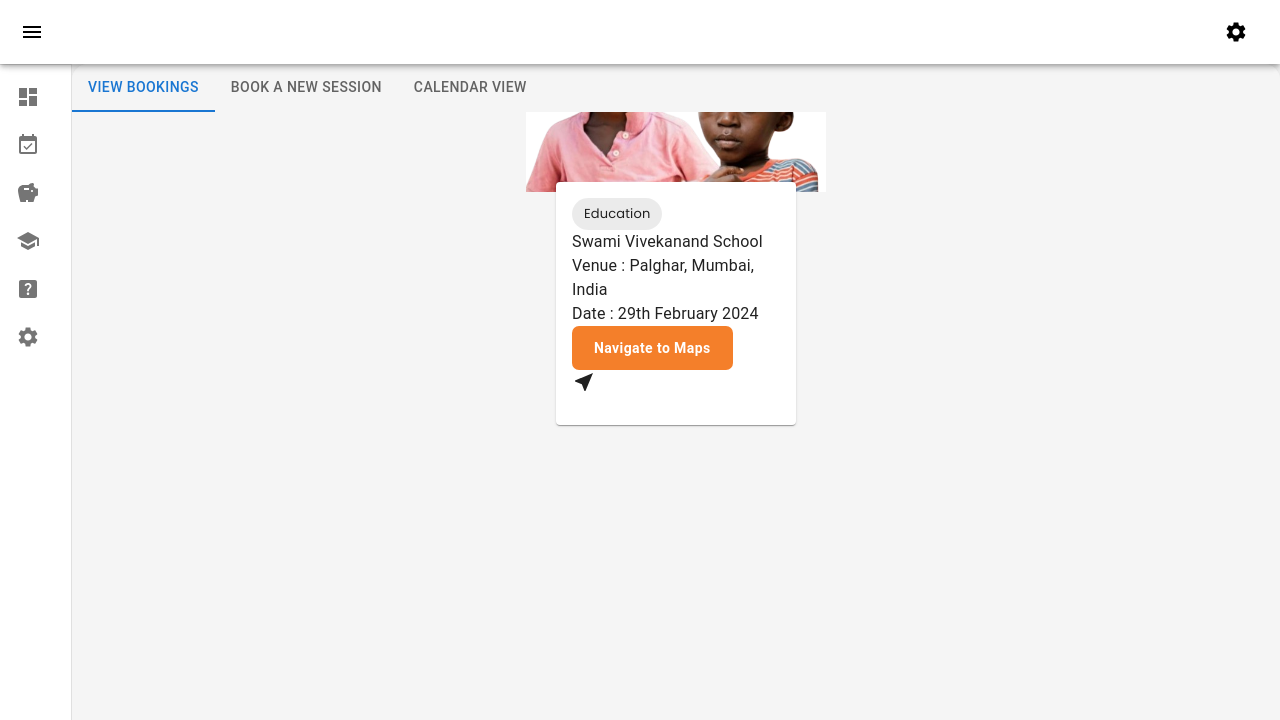
Repository: shubhampirate/Google_Solutions_Edural
Page: /bookings
These files come from the project's save history. The page is drawn as it stood at one moment and after the next save; the edit follows.
The browser window is 1280 px wide. The pictures show the whole page.
An inner scrolling area shows only its first screen. The project was rebuilt for these pictures with package versions that can differ from the ones it lists, and the page was loaded fresh each time. Some packages were replaced by stand-ins written for this rebuild. Also part of the build but not shown: src/Components/Navbar.jsx, src/Components/Footer.jsx, src/Components/CongratsCard.jsx, src/pages/Hero/Hero.jsx, src/pages/Dashboard/Dashboard.jsx, src/pages/Sign_in.jsx, src/pages/Bookings/LicenseCard.jsx.

Above is the page before, as saved 2024-02-04 18:05:25.

### src/index.js
import React from "react";
import ReactDOM from "react-dom/client";
import "./index.css";
import { GoogleOAuthProvider } from '@react-oauth/google';
import App from "./App";
import { BrowserRouter } from "react-router-dom";
const root = ReactDOM.createRoot(
    document.getElementById("root"));
root.render(
    <BrowserRouter>
<GoogleOAuthProvider clientId="730379698185-cv7a59sok9sod43v04ee6g6pt4gtaea2.apps.googleusercontent.com">
        {/* <React.StrictMode> */}
            <App />
        {/* </React.StrictMode> */}
    </GoogleOAuthProvider>
    </BrowserRouter>

);

### src/App.jsx
import Hero from "./pages/Hero/Hero";
import Dashboard from "./pages/Dashboard/Dashboard";
import Layout from "./Components/layout";
import SignIn from "./pages/Sign_in";
import Booking from "./pages/Bookings/bookings"
import {useState} from "react";
import { Route, Routes } from "react-router-dom";
function App() {
  return (
    <>
      {/* <Hero />   */}
      {/* <SignIn /> */}
      <Routes>
        <Route path="/signin" element={<><SignIn /></>} />
        <Route path="/dashboard" element={<Layout><Dashboard /></Layout>} />
        {/* <Route path="/education" element={<><Education /></>} /> */}
        <Route path="/bookings" element={<Layout><Booking /></Layout>} />
        {/* <Route path="/profile" element={<><Profile /></>} /> */}
        {/* <Route path="/finance" element={<><Finance /></>} /> */}
        {/* <Route path="/questions" element={<><Questions /></>} /> */}
        {/* <Route path="/retireaibot" element={<><Bot /></>} /> */}
        <Route path="/" element={<><Hero /></>} />
      </Routes>
         </>
  );
}

export default App;

### src/Components/layout.jsx
import React from 'react';
import { styled, createTheme, ThemeProvider } from '@mui/material/styles';
import CssBaseline from '@mui/material/CssBaseline';
import MuiDrawer from '@mui/material/Drawer';
import Box from '@mui/material/Box';
import MuiAppBar from '@mui/material/AppBar';
import Toolbar from '@mui/material/Toolbar';
import IconButton from '@mui/material/IconButton';
import MenuIcon from '@mui/icons-material/Menu';
import ChevronLeftIcon from '@mui/icons-material/ChevronLeft';
import { mainListItems } from './listItems';
import { List } from '@mui/material';
import Divider from '@mui/material/Divider';
import Badge from '@mui/material/Badge';
// import NotificationsIcon from '@mui/icons-material/Notifications';
import Typography from '@mui/material/Typography';
import SettingsIcon from '@mui/icons-material/Settings';
const drawerWidth = 240;

const AppBar = styled(MuiAppBar, {
  shouldForwardProp: (prop) => prop !== 'open',
})(({ theme, open }) => ({
  zIndex: theme.zIndex.drawer + 1,
  transition: theme.transitions.create(['width', 'margin'], {
    easing: theme.transitions.easing.sharp,
    duration: theme.transitions.duration.leavingScreen,
  }),
  ...(open && {
    marginLeft: drawerWidth,
    width: `calc(100% - ${drawerWidth}px)`,
    transition: theme.transitions.create(['width', 'margin'], {
      easing: theme.transitions.easing.sharp,
      duration: theme.transitions.duration.enteringScreen,
    }),
  }),
  backgroundColor: 'white', // Set background color to white
  color: 'black',
}));

const Drawer = styled(MuiDrawer, { shouldForwardProp: (prop) => prop !== 'open' })(
  ({ theme, open }) => ({
    '& .MuiDrawer-paper': {
      position: 'relative',
      whiteSpace: 'nowrap',
      width: drawerWidth,
      transition: theme.transitions.create('width', {
        easing: theme.transitions.easing.sharp,
        duration: theme.transitions.duration.enteringScreen,
      }),
      boxSizing: 'border-box',
      ...(!open && {
        overflowX: 'hidden',
        transition: theme.transitions.create('width', {
          easing: theme.transitions.easing.sharp,
          duration: theme.transitions.duration.leavingScreen,
        }),
        width: theme.spacing(7),
        [theme.breakpoints.up('sm')]: {
          width: theme.spacing(9),
        },
      }),
    },
  }),
);

const defaultTheme = createTheme();

const Layout = ({ children }) => {
  const [open, setOpen] = React.useState(false);

  const toggleDrawer = () => {
    setOpen(!open);
  };

  return (
    <ThemeProvider theme={defaultTheme}>
      <Box sx={{ display: 'flex' }}>
        <CssBaseline />
        <AppBar position="absolute" open={open}
        //  sx={{
        //         backgroundColor:
        //         // "rgba(244, 127, 42, 0.04)",
        //         (theme) =>
        //         theme.palette.mode === 'light'
        //             ? theme.palette.grey[100]
        //             : theme.palette.grey[900]}}
                    >
          <Toolbar
            sx={{
              pr: '24px', // keep right padding when drawer closed
            }}
          >
            <IconButton
              edge="start"
              color="inherit"
              aria-label="open drawer"
              onClick={toggleDrawer}
              sx={{
                marginRight: '36px',
                ...(open && { display: 'none' }),
              }}
            >
              <MenuIcon />
            </IconButton>
            <Typography
              component="h1"
              variant="h6"
              color="inherit"
              noWrap
              sx={{ flexGrow: 1 }}
            >
              {/* Dashboard */}
            </Typography>
            <IconButton color="inherit">
              {/* <Badge badgeContent={4} color="secondary"> */}
                <SettingsIcon />
              {/* </Badge> */}
            </IconButton>

          </Toolbar>
        </AppBar>
        <Drawer variant="permanent" open={open}>
          <Toolbar
            sx={{
              display: 'flex',
              alignItems: 'center',
              justifyContent: 'flex-end',
              px: [1],
            }}
          >
            <IconButton onClick={toggleDrawer}>
              <ChevronLeftIcon />
            </IconButton>
          </Toolbar>
          <Divider />
            <List component="nav">
                {mainListItems}
            </List>
        </Drawer>
        <Box
          component="main"
          sx={{
            backgroundColor: (theme) =>
              theme.palette.mode === 'light'
                ? theme.palette.grey[100]
                : theme.palette.grey[900],
            flexGrow: 1,
            height: '100vh',
            overflow: 'auto',
          }}
        >
          <Toolbar />
          {/* Content of individual pages */}
          {children}
        </Box>
      </Box>
    </ThemeProvider>
  );
};

export default Layout;

### src/pages/Bookings/bookings.jsx
import React, { useState, useEffect } from 'react';
import { styled, createTheme, ThemeProvider } from '@mui/material/styles';
import CssBaseline from '@mui/material/CssBaseline';
import Box from '@mui/material/Box';
import Tabs from '@mui/material/Tabs';
import Tab from '@mui/material/Tab';
import Card from '@mui/material/Card';
import CardContent from '@mui/material/CardContent';
import Typography from '@mui/material/Typography';
import GoogleMapReact from 'google-map-react'; // Install with npm/yarn
import FullCalendar from '@fullcalendar/react'; // Install with npm/yarn
import dayGridPlugin from '@fullcalendar/daygrid'; // Install with npm/yarn
import LicenseCard from './LicenseCard';
import { CardActions, Button } from '@mui/material';
import Chip from '@mui/material/Chip';
import CustomButton from '../../Components/CustomButton';
import heroImg from "../../media/img_main_page.png";
import NorthEastIcon from '@mui/icons-material/NorthEast';
import NearMeIcon from '@mui/icons-material/NearMe';
const defaultTheme = createTheme();

// Placeholder data for bookings and calendar events
const bookingsData = [
  { id: 1, title: 'Booking 1', date: '2024-02-10' },
  { id: 2, title: 'Booking 2', date: '2024-02-15' },
  // Add more booking data as needed
];
const ImageOverlayCard = ({ imgSrc, category, title, venue, date, buttonText }) => {
  return (
    <Box sx={{ position: 'relative', textAlign: 'center' }}>
      <img
        src={imgSrc}
        alt="heroImg"
        style={{ maxWidth: '10rem', maxHeight: '10rem', borderRadius: '50%' }}
      />
      <Card
        variant="solid"
        color="primary"
        sx={{
          boxShadow: 'lg',
          width: 400,
          position: 'absolute',
          top: '50%',
          left: '50%',
          transform: 'translate(-50%, -50%)',
          backgroundColor: (theme) => theme.palette.primary.main,
          opacity: 0.8,
        }}
      >
        <Box sx={{ display: 'flex', gap: 1 }}>
          <Chip size="sm" variant="soft" label={category} />
        </Box>
        <CardContent>
          <Typography level="title-lg">{title}</Typography>
          <Typography level="body-md">Venue: {venue}</Typography>
          <Typography level="body-md">Date: {date}</Typography>
        </CardContent>
        <CardActions>
          <CustomButton backgroundColor="#F47F2A" color="#fff" buttonText={buttonText} heroBtn={true} />
        </CardActions>
      </Card>
    </Box>
  );
};
const calendarEvents = [
  { id: 1, title: 'Event 1', start: '2024-02-10', end: '2024-02-12' },
  { id: 2, title: 'Event 2', start: '2024-02-15', end: '2024-02-18' },
  // Add more calendar event data as needed
];

const AnyReactComponent = ({ text }) => <div>{text}</div>;

export default function Booking() {
  const [tabValue, setTabValue] = useState(0);

  const handleChangeTab = (event, newValue) => {
    setTabValue(newValue);
  };

  return (
    <ThemeProvider theme={defaultTheme}>
      <Box sx={{ display: 'flex', borderRadius: '16px', overflow: 'hidden', boxShadow: '0px 0px 10px rgba(0, 0, 0, 0.1)' }}>
        <CssBaseline />
        <Box
          component="main"
          sx={{
            backgroundColor: (theme) =>
              theme.palette.mode === 'light'
                ? theme.palette.grey[100]
                : theme.palette.grey[900],
            flexGrow: 1,
            height: '100vh',
            overflow: 'hidden',
          }}
        >
          <Tabs value={tabValue} onChange={handleChangeTab}>
            <Tab label="View Bookings" />
            <Tab label="Book a New Session" />
            <Tab label="Calendar View" />
          </Tabs>

          {tabValue === 0 && (
             <Box position="relative" maxWidth="300px" margin="auto" marginBottom="2rem">
             <img
               src={heroImg}
               alt="card-background"
               style={{
                 width: '300px',
                 height: '5rem',
                 objectFit: 'cover',
               }}
             />
             <Card
               sx={{
                 position: 'absolute',
                 top: '80%', // Start from around 20% from the top
                 left: '10%', // Adjust as needed
                 right: '10%', // Adjust as needed
                 backgroundColor: (theme) => theme.palette.background.paper,
                 opacity: 1,

                //  minHeight:  , // Adjust as needed
                 overflow: 'auto',
               }}
             >
               <CardContent>
               <Chip size="sm" variant="soft" label="Education" />

           <Typography level="title-lg"> Swami Vivekanand School </Typography>
        <Typography level="body-md">
         Venue : Palghar, Mumbai, India
        </Typography>
        <Typography level="body-md">
         Date : 29th February 2024
        </Typography>
        <CustomButton
              backgroundColor="#F47F2A"
              color="#fff"
              buttonText="Navigate to Maps"
              heroBtn={true}
            />
            <NearMeIcon/>
               </CardContent>

             </Card>
           </Box>
    //    <Box position="relative" maxWidth="300px" margin="auto" marginBottom="2rem">
    //    <img
    //      src={heroImg}
    //      alt="card-background"
    //      style={{
    //        width: '100%',
    //        height: 'auto',
    //        borderRadius: '16px',
    //        objectFit: 'cover',
    //      }}
    //    />
    //    <Card
    //      sx={{
    //        position: 'absolute',
    //        bottom: '-20%', // Adjust as needed (negative value starts from above the image)
    //        left: '10%', // Adjust as needed
    //        right: '10%', // Adjust as needed
    //        backgroundColor: (theme) => theme.palette.background.paper,
    //        opacity: 1,
    //        borderRadius: '16px',
    //      }}
    //    >
    //      <CardContent>
    //      <Chip size="sm" variant="soft" label="Education" />

    //        <Typography level="title-lg"> Swami Vivekanand School </Typography>
    //     <Typography level="body-md">
    //      Venue : Palghar, Mumbai, India
    //     </Typography>
    //     <Typography level="body-md">
    //      Date : 29th February 2024
    //     </Typography>
    //        {/* <Chip label="hello" size="small" sx={{ marginTop: '8px' }} /> */}
    //      </CardContent>
    //    </Card>
    //  </Box>
//             <Box>
//               <div className="">
//               <Box sx={{ flex: "0.75" }}>
//             <img
//               src={heroImg}
//               alt="heroImg"
//               style={{ maxWidth: "10rem", maxHeight: "10rem"}}

//             />

//               <Card
//       variant="solid"
//       color="primary"

//       sx={{
//         boxShadow: 'lg',
//             width: 400,
//             overflow: 'auto',
//             resize: 'horizontal',
//             marginLeft: '2rem',
//             marginTop: '2rem',
//             position: 'absolute',
//             top: '25%', // Adjust as needed
//           left: '10%', // Adjust as needed
//             // backgroundColor: (theme) => theme.palette.primary.main,
//             opacity: 1, // Adjust the opacity as needed


//       }}
//     >
//       <Box sx={{ display: 'flex', gap: 1 }}>
//         <Chip size="sm" variant="soft" label="Education" />

//         {/* <Chip size="sm" variant="soft" label="Chip Filled" /> */}

//       </Box>
//       <div>
//           <Typography fontSize="sm" textColor="text.tertiary">
// {/*
//           </Typography> */}
//         </Typography>
//       </div>
//       <CardContent>
        // <Typography level="title-lg"> Swami Vivekanand School </Typography>
        // <Typography level="body-md">
        //  Venue : Palghar, Mumbai, India
        // </Typography>
        // <Typography level="body-md">
        //  Date : 29th February 2024
        // </Typography>
//       </CardContent>
//       <CardActions>
      // <CustomButton
      //         backgroundColor="#F47F2A"
      //         color="#fff"
      //         buttonText="Navigate to Maps"
      //         heroBtn={true}
      //       />
//         {/* <Button variant="solid">Purchase Now</Button> */}
//       </CardActions>
//     </Card>
//     </Box>
//     </div>

//             </Box>
          )}

          {tabValue === 1 && (
            <Box>
              {/* Book a New Session Content */}
              {/* Use Google Maps component to search for schools */}
              <GoogleMapReact
                bootstrapURLKeys={{ key: 'YOUR_GOOGLE_MAPS_API_KEY' }}
                defaultCenter={{ lat: 37.7749, lng: -122.4194 }}
                defaultZoom={10}
              >
                <AnyReactComponent lat={37.7749} lng={-122.4194} text="Your Location" />
              </GoogleMapReact>
            </Box>
          )}

          {tabValue === 2 && (
             <Box>
             {/* Calendar View Content */}
             {/* <FullCalendar
               plugins={[dayGridPlugin]}
               initialView="dayGridMonth"
               events={calendarEvents}
             /> */}
           </Box>          )}
        </Box>
      </Box>
    </ThemeProvider>
  );
}

### src/Components/CustomButton.jsx
import { Button, styled } from "@mui/material";
import React from "react";

const CustomButton = ({
  backgroundColor,
  color,
  buttonText,
  heroBtn,
  guideBtn,
  getStartedBtn,
}) => {
  const CustomButton = styled(Button)(({ theme }) => ({
    backgroundColor: backgroundColor,
    color: color,
    fontWeight: "700",
    fontSize: "14px",
    cursor: "pointer",
    padding: "0.5rem 1.25rem",
    borderRadius: "7px",
    textTransform: "none",
    display: "block",
    border: "2px solid transparent",
    "&:hover": {
      backgroundColor: color,
      color: backgroundColor,
      borderColor: backgroundColor,
    },
    [theme.breakpoints.down("md")]: {
      margin: (heroBtn || getStartedBtn) && theme.spacing(0, "auto", 3, "auto"),
      width: (heroBtn || getStartedBtn) && "90%",
    },
    [theme.breakpoints.down("sm")]: {
      marginTop: guideBtn && theme.spacing(3),
      width: guideBtn && "90%",
    },
  }));

  return <CustomButton>{buttonText}</CustomButton>;
};

export default CustomButton;

### src/Components/listItems.jsx
import * as React from 'react';
import ListItemButton from '@mui/material/ListItemButton';
import ListItemIcon from '@mui/material/ListItemIcon';
import ListItemText from '@mui/material/ListItemText';
import DashboardIcon from '@mui/icons-material/Dashboard';
import MedicalInformationIcon from '@mui/icons-material/MedicalInformation';
import SavingsIcon from '@mui/icons-material/Savings';
import SchoolIcon from '@mui/icons-material/School';
import HelpCenterIcon from '@mui/icons-material/HelpCenter';
import SettingsIcon from '@mui/icons-material/Settings';
import SmartToyIcon from '@mui/icons-material/SmartToy';
import { Link } from 'react-router-dom';
// import GoogleTranslateComponent from './GoogleTranslateComponent';
import EventAvailableIcon from '@mui/icons-material/EventAvailable';

export const mainListItems = (
  <>
    <React.Fragment>
      <Link to="/dashboard" style={{ textDecoration: "none", color: "black" }}>
        <ListItemButton>
          <ListItemIcon>
            <DashboardIcon />
          </ListItemIcon>
          <ListItemText primary="Dashboard" />
        </ListItemButton>
      </Link>
      <Link to="/bookings" style={{ textDecoration: "none", color: "black" }}>
        <ListItemButton>
          <ListItemIcon>
            <EventAvailableIcon />
          </ListItemIcon>
          <ListItemText primary="Bookings" />
        </ListItemButton>
      </Link>
      <Link to="/donation" style={{ textDecoration: "none", color: "black" }}>
        <ListItemButton>
          <ListItemIcon>
            <SavingsIcon />
          </ListItemIcon>
          <ListItemText primary="Donation" />
        </ListItemButton>
      </Link>
      <Link to="/education" style={{ textDecoration: "none", color: "black" }}>
        <ListItemButton>
          <ListItemIcon>
            <SchoolIcon />
          </ListItemIcon>
          <ListItemText primary="Educational Test" />
        </ListItemButton>
      </Link>
      <Link to="/questions" style={{ textDecoration: "none", color: "black" }}>
        <ListItemButton>
          <ListItemIcon>
            <HelpCenterIcon />
          </ListItemIcon>
          <ListItemText primary="FAQ" />
        </ListItemButton>
      </Link>
      <Link to="/profile" style={{ textDecoration: "none", color: "black" }}>
        <ListItemButton>
          <ListItemIcon>
            <SettingsIcon />
          </ListItemIcon>
          <ListItemText primary="Profile" />
        </ListItemButton>
      </Link>
      {/* <Link to="/retireaibot" style={{ textDecoration: "none", color: "black" }}>
        <ListItemButton>
          <ListItemIcon>
            <SmartToyIcon />
          </ListItemIcon>
          <ListItemText primary="Retire AI Bot" />
        </ListItemButton>
      </Link> */}
    </React.Fragment >
  </>
);

Loaded but not shown: public/index.html (common file); src/index.css (common file)

After the next save:
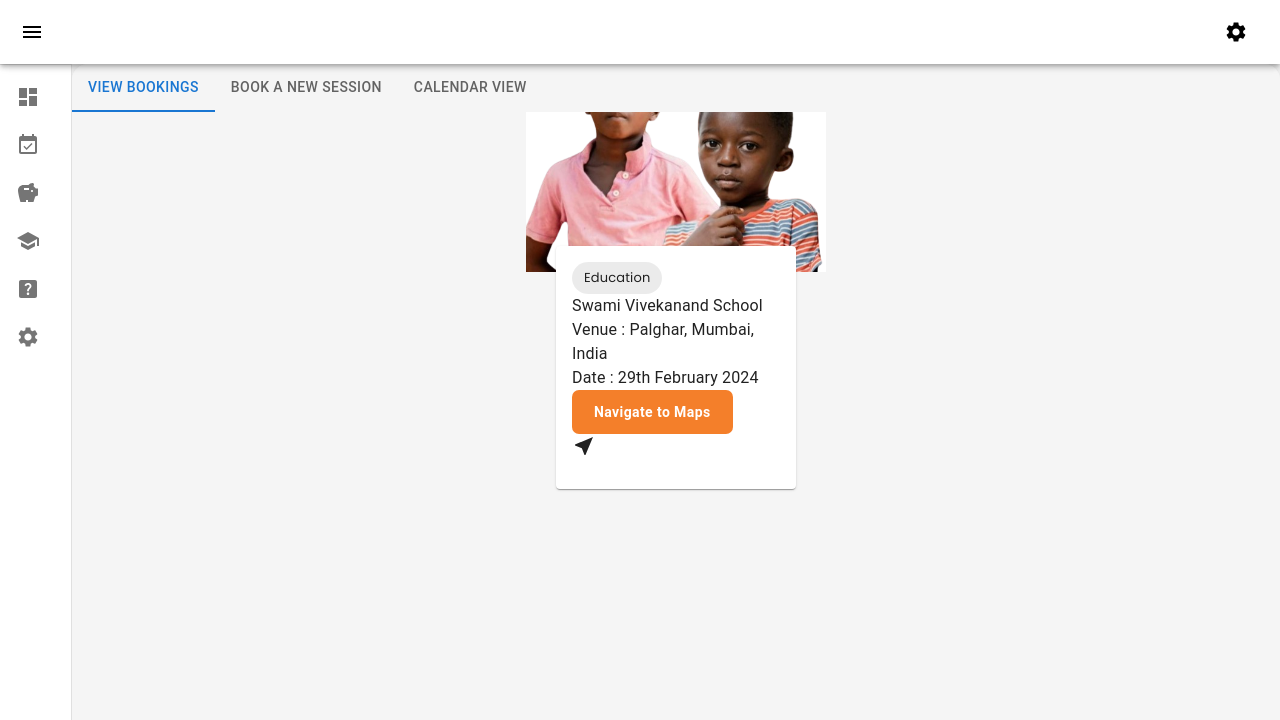
Saved 10 s later.
--- a/src/pages/Bookings/bookings.jsx
+++ b/src/pages/Bookings/bookings.jsx
@@ -106,7 +106,7 @@ export default function Booking() {
                alt="card-background"
                style={{
                  width: '300px',
-                 height: '5rem',
+                 height: '10rem',
                  objectFit: 'cover',
                }}
              />
